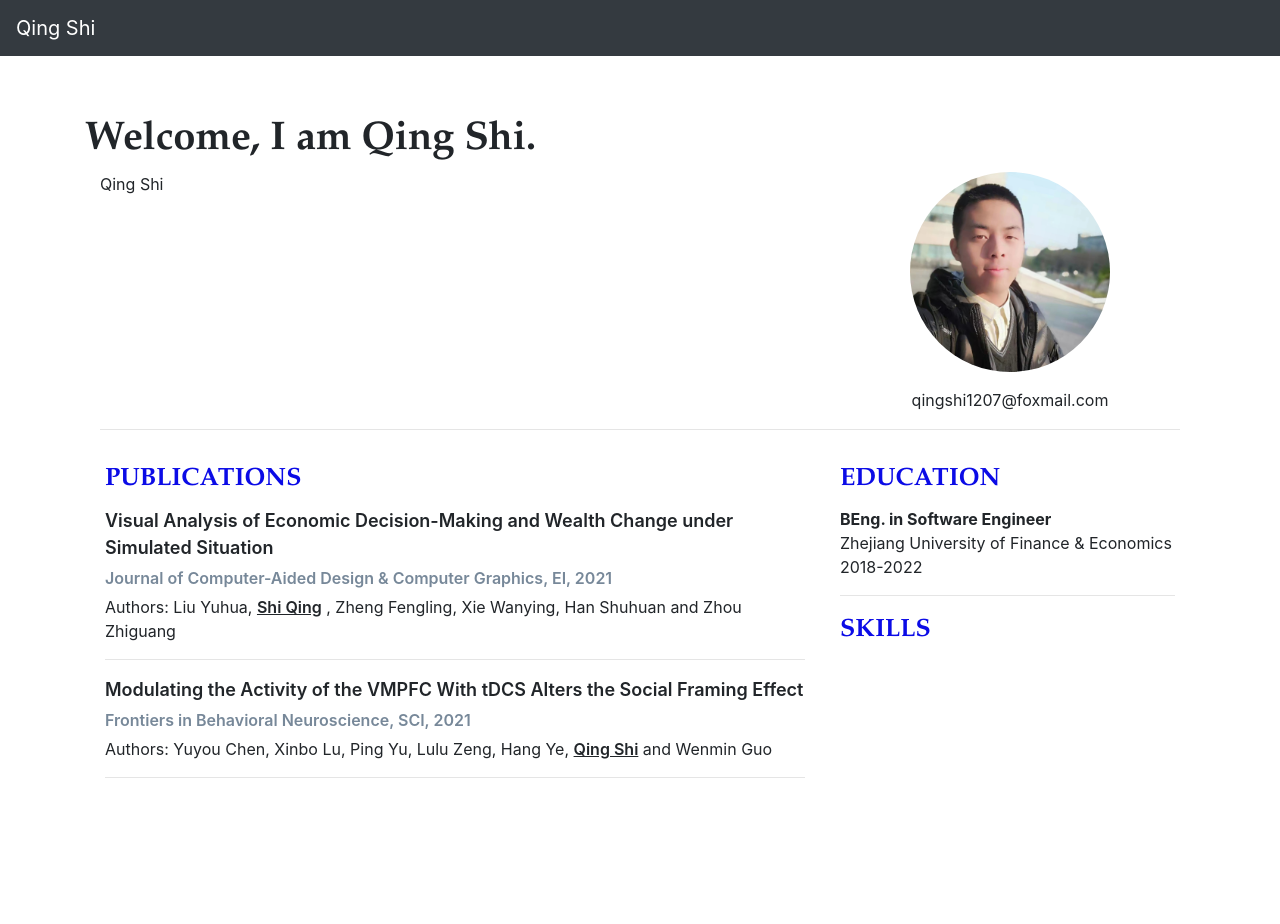
Repository: sqsssq/webpage
Page: index.html
An editor plug-in stored every save of this project. The page is shown before and after the next save, followed by the edit.
The browser window is 1280 px wide. The pictures show the whole page.
Some web libraries are served in a nearby version.

Above is the page before, as saved 2022-03-28 10:35:13.

### index.html
<!--
 * @Author: Qing Shi
 * @LastEditTime: 2022-03-28 10:27:08
 * @Knowledge:
 * @Description: my homepage
 * @Attention:
-->
<!doctype html>
<html lang="zh-CN">

<head>
    <!-- 必须的 meta 标签 -->
    <meta charset="utf-8">
    <meta name="viewport" content="width=device-width, initial-scale=1, shrink-to-fit=no">
    <title>Qing Shi</title>

    <!-- 新 Bootstrap4 核心 CSS 文件 -->
    <link rel="stylesheet" href="https://cdn.staticfile.org/twitter-bootstrap/4.3.1/css/bootstrap.min.css">

    <!-- jQuery文件。务必在bootstrap.min.js 之前引入 -->
    <script src="https://cdn.staticfile.org/jquery/3.2.1/jquery.min.js"></script>

    <!-- bootstrap.bundle.min.js 用于弹窗、提示、下拉菜单，包含了 popper.min.js -->
    <script src="https://cdn.staticfile.org/popper.js/1.15.0/umd/popper.min.js"></script>

    <!-- 最新的 Bootstrap4 核心 JavaScript 文件 -->
    <script src="https://cdn.staticfile.org/twitter-bootstrap/4.3.1/js/bootstrap.min.js"></script>

    <link rel="stylesheet" href="css/index.css">
    <link rel="shortcut icon" href="icon/bitbug_favicon.ico" />
</head>

<body>

    <nav class="navbar  navbar-dark bg-dark">
        <a class="navbar-brand" href="#">
            Qing Shi
        </a>

        <!-- <button type="button" class="btn btn-outline-primary">中/EN</button> -->
    </nav>

    <div class="container framework">
        <!-- Image and text -->
        <div class="webHeader row">
            <h1 id="ToptitleFont">Welcome, I am Qing Shi.</h1>
            <!-- <hr> -->
            <div class="webIntroduction col-lg-8">
                Qing Shi
            </div>

            <div class="webPhoto col-lg-4">
                <img src="photo/sq3.jpg">
                <div class="info">
                    <!-- <svg class="svg-inline--fa fa-envelope-square fa-w-14 fa-fw fa-lg mr-2" aria-hidden="true" focusable="false" data-prefix="fas" data-icon="envelope-square" role="img" xmlns="http://www.w3.org/2000/svg" viewBox="0 0 448 512" data-fa-i2svg=""><path fill="currentColor" d="M400 32H48C21.49 32 0 53.49 0 80v352c0 26.51 21.49 48 48 48h352c26.51 0 48-21.49 48-48V80c0-26.51-21.49-48-48-48zM178.117 262.104C87.429 196.287 88.353 196.121 64 177.167V152c0-13.255 10.745-24 24-24h272c13.255 0 24 10.745 24 24v25.167c-24.371 18.969-23.434 19.124-114.117 84.938-10.5 7.655-31.392 26.12-45.883 25.894-14.503.218-35.367-18.227-45.883-25.895zM384 217.775V360c0 13.255-10.745 24-24 24H88c-13.255 0-24-10.745-24-24V217.775c13.958 10.794 33.329 25.236 95.303 70.214 14.162 10.341 37.975 32.145 64.694 32.01 26.887.134 51.037-22.041 64.72-32.025 61.958-44.965 81.325-59.406 95.283-70.199z"></path></svg> -->
                    qingshi1207@foxmail.com
                </div>
            </div>
        </div>
        <hr>
        <div class="webMain row">
            <div class="col-lg-8" style="padding-left: 20px; padding-right: 20px;">
                <div id="webPublication">
                    <h3 id="titleFont">
                        PUBLICATIONS
                    </h3>
                    <div class="totalPublic">
                        <div class="public">
                            <p class="ptitle">
                                Visual Analysis of Economic Decision-Making and Wealth Change under Simulated Situation
                            </p>

                            <p class="pub">
                                <span class="full">Journal of Computer-Aided Design & Computer Graphics, EI, 2021</span>
                            </p>
                            <p class="pauthor">
                                <span class="author">Authors:&nbsp;Liu Yuhua,</span>
                                <span class="me">Shi Qing</span>
                                <span class="author">, Zheng Fengling, Xie Wanying, Han Shuhuan and Zhou
                                    Zhiguang</span>
                            </p>
                        </div>
                        <hr>
                        <div class="public">
                            <p class="ptitle">
                                Modulating the Activity of the VMPFC With tDCS Alters the Social Framing Effect
                            </p>

                            <p class="pub">
                                <span class="full">Frontiers in Behavioral Neuroscience, SCI, 2021</span>
                            </p>
                            <p class="pauthor">
                                <span class="author">Authors:&nbsp;Yuyou Chen, Xinbo Lu, Ping Yu, Lulu Zeng, Hang Ye,</span>
                                <span class="me">Qing Shi</span>
                                <span class="author"> and Wenmin Guo</span>
                            </p>
                        </div>
                    </div>
                </div>
                <hr>
            </div>
            <div class="col-lg-4" style="padding-right: 20px;">
                <div id="webEducation">
                    <h3 id="titleFont">
                        <!-- ::before -->
                        EDUCATION
                    </h3>
                    <a style="font-weight: bold;">BEng. in Software Engineer</a>
                    <br>
                    Zhejiang University of Finance & Economics
                    <br>
                    2018-2022
                </div>
                <hr>
                <div id="webSkill">
                    <h3 id="titleFont">SKILLS</h3>
                </div>
            </div>
        </div>
</body>

</html>

### css/index.css
* {
    margin: 0;
    padding: 0;
}

body {
    /* font-family:Georia,serif; */
    background: #ffffff;
    /* font-weight:bold; */
    /* font-size:15px; */
    /* color:#333;
    overflow: hidden; */
    -webkit-font-smoothing: antialiased;
}

.framework {
    /* height: 1000px; */
    margin-top: 30px;
    margin-bottom: 100px;
    padding: 30px 30px 30px 30px;
    width: 90%;
    /* border-color: black; */
    /* border-width: 3px; */
    /* border-style: solid; */
    /* box-shadow: darkgrey 0px 0px 30px 5px ; */
}

/* *, *::before, *::after {
    box-sizing: border-box;
} */

#ToptitleFont {
    /* Garamond */
    font-family: Garamond;
    font-weight: bold;
}

#titleFont {
    /* Garamond */
    font-family: Garamond;
    font-weight: bold;
    font-size: 25px;
    color: rgb(11, 11, 230);
    margin-top: 15px;
    line-height: 1.5;
}

.public {
}

.public p{
    margin-bottom: 5px;
    line-height: 1.5;

}

.public .ptitle {
    font-weight: 600;
    font-size: 18px;
}

.public .pauthor {
    font-size: 16px;
    font-weight: 400;
}

.public .me {
    font-weight: 600;
    text-decoration: underline;
}
.public .pub {
    display: flex;
    align-items: center;
    flex-wrap: wrap;
}

.public .full {
    font-size: 16px;
    font-weight: 600;
    color: lightslategray;
}

/* #titleFont:before {
    content: "";
    display: inline-block;
    width: 5px;
    height: 100%;
    background: #54b689;
    position: absolute;
    left: 0;
    top: 0;
} */

.webPhoto {
    /* align-items: center; */
    /* background-color: aqua; */
    display: flex;
    flex-direction: column;
    justify-content: center;
    align-items: center;
}

.webPhoto img {
    border-radius: 50%;
}

img {
    vertical-align: middle;
    border-style: none;
    height: 200px;
    width: 200px;
}

.webPhoto .info {
    margin-top: 15px;
    text-align: center;
    line-height: 1.64;
}

/*chrome--------------------------------------------start*/
::-webkit-scrollbar {
    width: 8px;
    height: 8px;
}

/* Track */
::-webkit-scrollbar-track {
    background: #ffffff;
    border-radius: 8px;
}

/* Handle */
::-webkit-scrollbar-thumb {
    background: rgb(201, 201, 202);
    border-radius: 8px;
}

/* Handle on hover */
::-webkit-scrollbar-thumb:hover {
    background: rgb(162, 162, 163);
}

.el-menu::-webkit-scrollbar,
.el-table__body-wrapper::-webkit-scrollbar {
    display: none;
}

.el-menu:hover::-webkit-scrollbar,
.el-table__body-wrapper:hover::-webkit-scrollbar {
    display: block;
}

/*chrome--------------------------------------------end*/

After the next save:
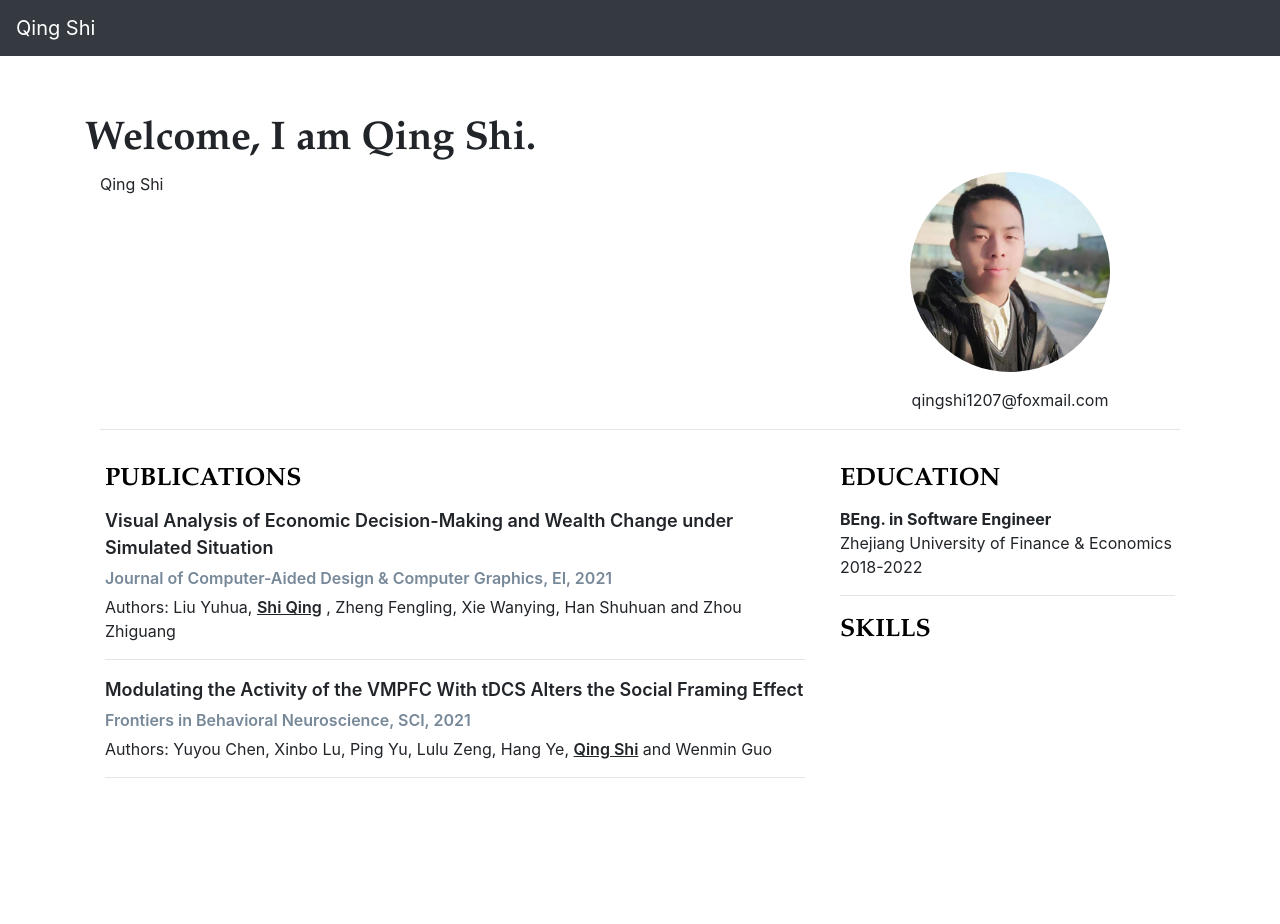
Saved 88 s later.
--- a/css/index.css
+++ b/css/index.css
@@ -40,7 +40,7 @@ body {
     font-family: Garamond;
     font-weight: bold;
     font-size: 25px;
-    color: rgb(11, 11, 230);
+    color: rgb(0, 0, 0);
     margin-top: 15px;
     line-height: 1.5;
 }
